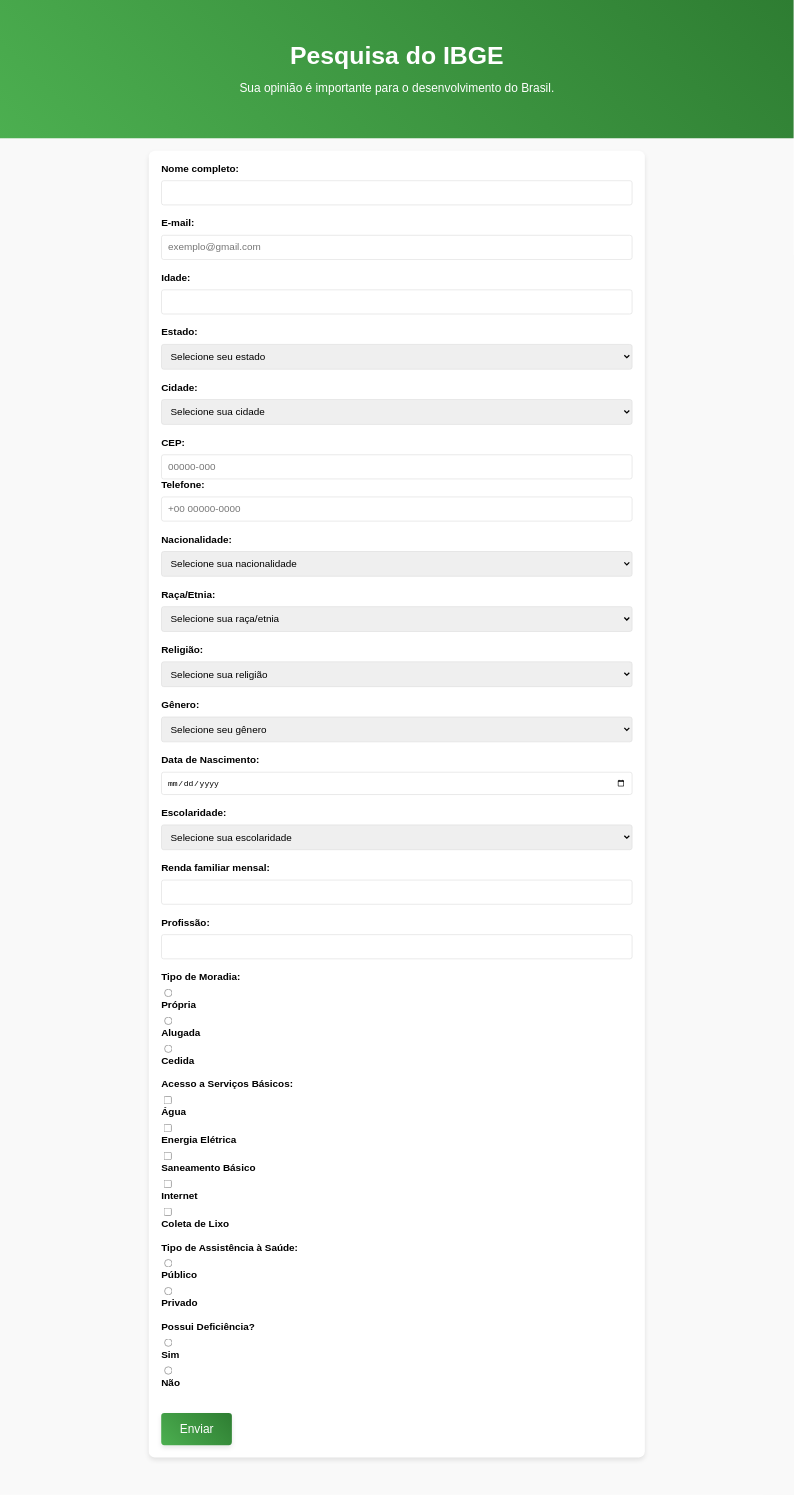
Repository: Gabrielb0rn/Projeto-Formul-rio.io
Page: index.html
These files come from the project's save history. The page is drawn as it stood at one moment and after the next save; the edit follows.
The browser window is 1280 px wide. The pictures show the whole page, at 62% of full size.

Above is the page before, as saved 2024-07-01 09:03:23.

### index.html
<!DOCTYPE html>
<html lang="pt-BR">
<head>
    <meta charset="UTF-8">
    <meta name="viewport" content="width=device-width, initial-scale=1.0">
    <title>Pesquisa do IBGE</title>
    <link rel="stylesheet" href="assets/style.css">
</head>
<body>
    <header>
        <div class="container">
            <h1>Pesquisa do IBGE</h1>
            <p>Sua opinião é importante para o desenvolvimento do Brasil.</p>
        </div>
    </header>
    <main>
        <div class="container">
            <form id="form">
                <div class="form-group">
                    <label for="nome">Nome completo:</label>
                    <input type="text" id="nome" name="nome" required>
                </div>
                <div class="form-group">
                    <label for="email">E-mail:</label>
                    <input type="email" id="email" name="email" required placeholder="exemplo@gmail.com">
                </div>
                <div class="form-group">
                    <label for="idade">Idade:</label>
                    <input type="number" id="idade" name="idade" required>
                </div>
                <div class="form-group">
                    <label for="estado">Estado:</label>
                    <select id="estado" name="estado" required>
                        <option value="">Selecione seu estado</option>
                        <option value="AC">Acre</option>
                        <option value="AL">Alagoas</option>
                        <option value="AP">Amapá</option>
                        <option value="AM">Amazonas</option>
                        <option value="BA">Bahia</option>
                        <option value="CE">Ceará</option>
                        <option value="DF">Distrito Federal</option>
                        <option value="ES">Espírito Santo</option>
                        <option value="GO">Goiás</option>
                        <option value="MA">Maranhão</option>
                        <option value="MG">Minas Gerais</option>
                        <option value="MS">Mato Grosso do Sul</option>
                        <option value="MT">Mato Grosso</option>
                        <option value="PA">Pará</option>
                        <option value="PB">Paraíba</option>
                        <option value="PE">Pernambuco</option>
                        <option value="PI">Piauí</option>
                        <option value="PR">Paraná</option>
                        <option value="RJ">Rio de Janeiro</option>
                        <option value="RN">Rio Grande do Norte</option>
                        <option value="RO">Rondônia</option>
                        <option value="RR">Roraima</option>
                        <option value="RS">Rio Grande do Sul</option>
                        <option value="SC">Santa Catarina</option>
                        <option value="SE">Sergipe</option>
                        <option value="SP">São Paulo</option>
                        <option value="TO">Tocantins</option>
                    </select>
                </div>
                <div class="form-group inline-group">
                    <div class="form-group">
                        <label for="cidade">Cidade:</label>
                        <select id="cidade" name="cidade" required>
                            <option value="">Selecione sua cidade</option>
                        </select>
                    </div>
                </div>
                <div class="form-group inline-group">
                    <div>
                        <label for="cep">CEP:</label>
                        <input type="text" id="cep" name="cep" required placeholder="00000-000">
                    </div>
                    <div>
                        <label for="telefone">Telefone:</label>
                        <input type="tel" id="telefone" name="telefone" required placeholder="+00 00000-0000">
                    </div>
                </div>
                <div class="form-group">
                    <label for="nacionalidade">Nacionalidade:</label>
                    <select id="nacionalidade" name="nacionalidade" required>
                        <option value="">Selecione sua nacionalidade</option>
                        <option value="Brasileiro">Brasileiro</option>
                        <option value="Estrangeiro">Estrangeiro</option>
                    </select>
                </div>
                <div class="form-group">
                    <label for="raca">Raça/Etnia:</label>
                    <select id="raca" name="raca" required>
                        <option value="">Selecione sua raça/etnia</option>
                        <option value="Branca"></option>
                        <option value="Preta"></option>
                        <option value="Parda"></option>
                        <option value="Amarela"></option>
                        <option value="Indígena"></option>
                        <option value="Alien"></option>
                    </select>
                </div>
                <div class="form-group">
                    <label for="religiao">Religião:</label>
                    <select id="religiao" name="religiao" required>
                        <option value="">Selecione sua religião</option>
                        <option value="Católica"></option>
                        <option value="Evangélica"></option>
                        <option value="Espírita"></option>
                        <option value="Outras"></option>
                    </select>
                </div>
                <div class="form-group">
                    <label for="genero">Gênero:</label>
                    <select id="genero" name="genero" required>
                        <option value="">Selecione seu gênero</option>
                        <option value="Masculino">Masculino</option>
                        <option value="Feminino">Feminino</option>
                        <option value="Outro">Outro</option>
                    </select>
                </div>
                <div class="form-group">
                    <label for="data_nascimento">Data de Nascimento:</label>
                    <input type="date" id="data_nascimento" name="data_nascimento" required>
                </div>
                <div class="form-group">
                    <label for="escolaridade">Escolaridade:</label>
                    <select id="escolaridade" name="escolaridade" required>
                        <option value="">Selecione sua escolaridade</option>
                        <option value="Ensino Fundamental Incompleto">Ensino Fundamental Incompleto</option>
                        <option value="Ensino Fundamental Completo">Ensino Fundamental Completo</option>
                        <option value="Ensino Médio Incompleto">Ensino Médio Incompleto</option>
                        <option value="Ensino Médio Completo">Ensino Médio Completo</option>
                        <option value="Superior Incompleto">Superior Incompleto</option>
                        <option value="Superior Completo">Superior Completo</option>
                        <option value="Pós-Graduação">Pós-Graduação</option>
                    </select>
                </div>
                <div class="form-group">
                    <label for="renda">Renda familiar mensal:</label>
                    <input type="number" id="renda" name="renda" required>
                </div>
                <div class="form-group">
                    <label for="profissao">Profissão:</label>
                    <input type="text" id="profissao" name="profissao">
                </div>
                <div class="form-group radio-group">
                    <label>Tipo de Moradia:</label>
                    <div>
                        <input type="radio" id="propria" name="moradia" value="propria">
                        <label for="propria">Própria</label>
                    </div>
                    <div>
                        <input type="radio" id="alugada" name="moradia" value="alugada">
                        <label for="alugada">Alugada</label>
                    </div>
                    <div>
                        <input type="radio" id="cedida" name="moradia" value="cedida">
                        <label for="cedida">Cedida</label>
                    </div>
                </div>
                <div class="form-group checkbox-group">
                    <label>Acesso a Serviços Básicos:</label>
                    <div>
                        <input type="checkbox" id="agua" name="servicos" value="agua">
                        <label for="agua">Água</label>
                    </div>
                    <div>
                        <input type="checkbox" id="energia" name="servicos" value="energia">
                        <label for="energia">Energia Elétrica</label>
                    </div>
                    <div>
                        <input type="checkbox" id="saneamento" name="servicos" value="saneamento">
                        <label for="saneamento">Saneamento Básico</label>
                    </div>
                    <div>
                        <input type="checkbox" id="internet" name="servicos" value="internet">
                        <label for="internet">Internet</label>
                    </div>
                    <div>
                        <input type="checkbox" id="coleta" name="servicos" value="coleta">
                        <label for="coleta">Coleta de Lixo</label>
                    </div>
                </div>
                <div class="form-group radio-group">
                    <label>Tipo de Assistência à Saúde:</label>
                    <div>
                        <input type="radio" id="publico" name="saude" value="publico">
                        <label for="publico">Público</label>
                    </div>
                    <div>
                        <input type="radio" id="privado" name="saude" value="privado">
                        <label for="privado">Privado</label>
                    </div>
                </div>
                <div class="form-group radio-group">
                    <label>Possui Deficiência?</label>
                    <div>
                        <input type="radio" id="sim" name="deficiencia" value="sim">
                        <label for="sim">Sim</label>
                    </div>
                    <div>
                        <input type="radio" id="nao" name="deficiencia" value="nao">
                        <label for="nao">Não</label>
                    </div>
                </div>
                <button type="submit" class="btn">Enviar</button>
            </form>
        </div>

    </main>
    <script src="assets\scripts.js"></script>
</body>
</html>

### assets/style.css
/* Estilos Globais */
body {
    font-family: 'Arial', sans-serif;
    margin: 0;
    padding: 0;
    background-color: #f9f9f9;
}

header {
    background: linear-gradient(45deg, #4CAF50, #2E7D32);
    color: white;
    padding: 20px 0;
    text-align: center;
}

.container {
    width: 90%;
    max-width: 800px;
    margin: 0 auto;
    padding: 20px;
}

/* Estilos de Texto */
h1 {
    font-size: 2.5em;
    margin-bottom: 10px;
}

p {
    font-size: 1.2em;
    margin-bottom: 30px;
}

/* Estilos do Formulário */
form {
    background-color: white;
    padding: 20px;
    border-radius: 10px;
    box-shadow: 0 4px 8px rgba(0, 0, 0, 0.1);
    margin-bottom: 40px;
}

.form-group {
    margin-bottom: 20px;
}

label {
    display: block;
    margin-bottom: 5px;
    font-weight: bold;
}

input, select {
    width: 100%;
    padding: 10px;
    border: 1px solid #ddd;
    border-radius: 4px;
    box-sizing: border-box;
    font-size: 1em;
    margin-top: 5px;
}

input[type="radio"], input[type="checkbox"] {
    width: auto;
    margin-right: 10px;
}

input[type="date"] {
    padding: 9px;
}

button {
    background: linear-gradient(45deg, #4CAF50, #2E7D32);
    color: white;
    border: none;
    padding: 15px 30px;
    text-align: center;
    cursor: pointer;
    border-radius: 5px;
    font-size: 1.2em;
    margin-top: 20px;
    transition: background 0.3s ease, transform 0.2s ease;
    box-shadow: 0 4px 8px rgba(0, 0, 0, 0.1);
}

button:hover {
    background: linear-gradient(45deg, #45a049, #388E3C);
    transform: translateY(-2px);
}

/* Estilos Responsivos */
@media (max-width: 600px) {
    h1 {
        font-size: 2em;
    }

    p {
        font-size: 1em;
    }

    form {
        padding: 15px;
    }

    button {
        width: 100%;
        padding: 15px;
    }
}

### assets/scripts.js
document.addEventListener('DOMContentLoaded', function() {
    const estadoSelect = document.getElementById('estado');
    const cidadeSelect = document.getElementById('cidade');

    const cidadesPorEstado = {
        "AC": ["Rio Branco", "Cruzeiro do Sul", "Sena Madureira"],
        "AL": ["Maceió", "Arapiraca", "Palmeira dos Índios"],
        "AP": ["Macapá", "Santana", "Laranjal do Jari"],
        "AM": ["Manaus", "Parintins", "Itacoatiara"],
        "BA": ["Salvador", "Feira de Santana", "Vitória da Conquista"],
        "CE": ["Fortaleza", "Caucaia", "Juazeiro do Norte"],
        "DF": ["Brasília"],
        "ES": ["Vitória", "Vila Velha", "Serra"],
        "GO": ["Goiânia", "Aparecida de Goiânia", "Anápolis"],
        "MA": ["São Luís", "Imperatriz", "Timon"],
        "MG": ["Belo Horizonte", "Uberlândia", "Contagem"],
        "MS": ["Campo Grande", "Dourados", "Três Lagoas"],
        "MT": ["Cuiabá", "Várzea Grande", "Rondonópolis"],
        "PA": ["Belém", "Ananindeua", "Santarém"],
        "PB": ["João Pessoa", "Campina Grande", "Santa Rita"],
        "PE": ["Recife", "Jaboatão dos Guararapes", "Olinda"],
        "PI": ["Teresina", "Parnaíba", "Picos"],
        "PR": ["Curitiba", "Londrina", "Maringá"],
        "RJ": ["Rio de Janeiro", "Niterói", "Duque de Caxias"],
        "RN": ["Natal", "Mossoró", "Parnamirim"],
        "RO": ["Porto Velho", "Ji-Paraná", "Ariquemes"],
        "RR": ["Boa Vista", "Rorainópolis", "Caracaraí"],
        "RS": ["Porto Alegre", "Caxias do Sul", "Pelotas"],
        "SC": ["Florianópolis", "Joinville", "Blumenau"],
        "SE": ["Aracaju", "Nossa Senhora do Socorro", "Lagarto"],
        "SP": ["São Paulo", "Campinas", "São Bernardo do Campo"],
        "TO": ["Palmas", "Araguaína", "Gurupi"]
    };

    estadoSelect.addEventListener('change', function() {
        const estadoSelecionado = estadoSelect.value;
        cidadeSelect.innerHTML = '<option value="">Selecione sua cidade</option>'; //Script para limpar as outras opc

        if (estadoSelecionado) {
            const cidades = cidadesPorEstado[estadoSelecionado];
            cidades.forEach(function(cidade) {
                const option = document.createElement('option');
                option.value = cidade;
                option.textContent = cidade;
                cidadeSelect.appendChild(option);
            });
        }
    });
});

After the next save:
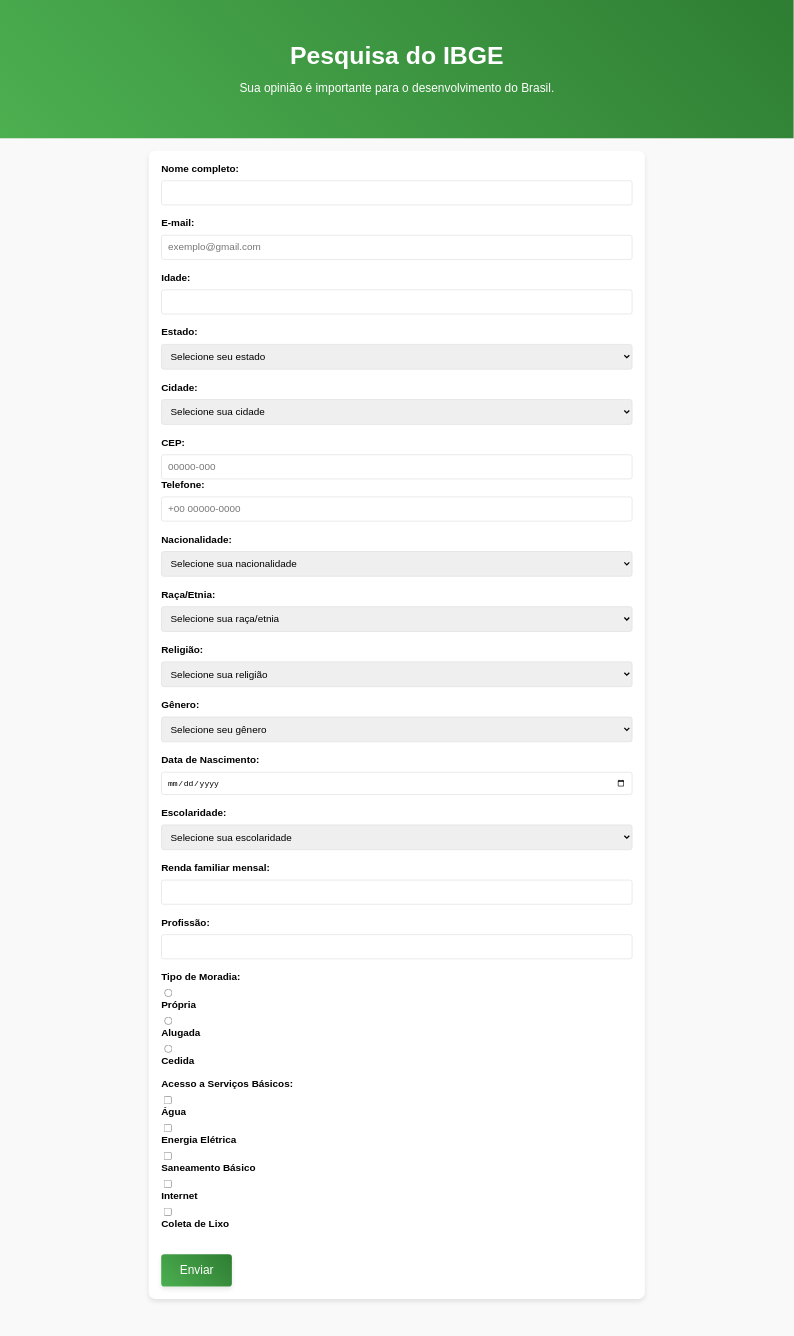
Saved 95 s later.
--- a/index.html
+++ b/index.html
@@ -160,49 +160,28 @@
                 </div>
                 <div class="form-group checkbox-group">
                     <label>Acesso a Serviços Básicos:</label>
-                    <div>
-                        <input type="checkbox" id="agua" name="servicos" value="agua">
+                    <div class="checkbox-wrapper-1">
+                        <input id="agua" class="substituted" type="checkbox" name="servicos" value="agua">
                         <label for="agua">Água</label>
                     </div>
-                    <div>
-                        <input type="checkbox" id="energia" name="servicos" value="energia">
+                    <div class="checkbox-wrapper-1">
+                        <input id="energia" class="substituted" type="checkbox" name="servicos" value="energia">
                         <label for="energia">Energia Elétrica</label>
                     </div>
-                    <div>
-                        <input type="checkbox" id="saneamento" name="servicos" value="saneamento">
+                    <div class="checkbox-wrapper-1">
+                        <input id="saneamento" class="substituted" type="checkbox" name="servicos" value="saneamento">
                         <label for="saneamento">Saneamento Básico</label>
                     </div>
-                    <div>
-                        <input type="checkbox" id="internet" name="servicos" value="internet">
+                    <div class="checkbox-wrapper-1">
+                        <input id="internet" class="substituted" type="checkbox" name="servicos" value="internet">
                         <label for="internet">Internet</label>
                     </div>
-                    <div>
-                        <input type="checkbox" id="coleta" name="servicos" value="coleta">
+                    <div class="checkbox-wrapper-1">
+                        <input id="coleta" class="substituted" type="checkbox" name="servicos" value="coleta">
                         <label for="coleta">Coleta de Lixo</label>
                     </div>
                 </div>
-                <div class="form-group radio-group">
-                    <label>Tipo de Assistência à Saúde:</label>
-                    <div>
-                        <input type="radio" id="publico" name="saude" value="publico">
-                        <label for="publico">Público</label>
-                    </div>
-                    <div>
-                        <input type="radio" id="privado" name="saude" value="privado">
-                        <label for="privado">Privado</label>
-                    </div>
-                </div>
-                <div class="form-group radio-group">
-                    <label>Possui Deficiência?</label>
-                    <div>
-                        <input type="radio" id="sim" name="deficiencia" value="sim">
-                        <label for="sim">Sim</label>
-                    </div>
-                    <div>
-                        <input type="radio" id="nao" name="deficiencia" value="nao">
-                        <label for="nao">Não</label>
-                    </div>
-                </div>
+
                 <button type="submit" class="btn">Enviar</button>
             </form>
         </div>
